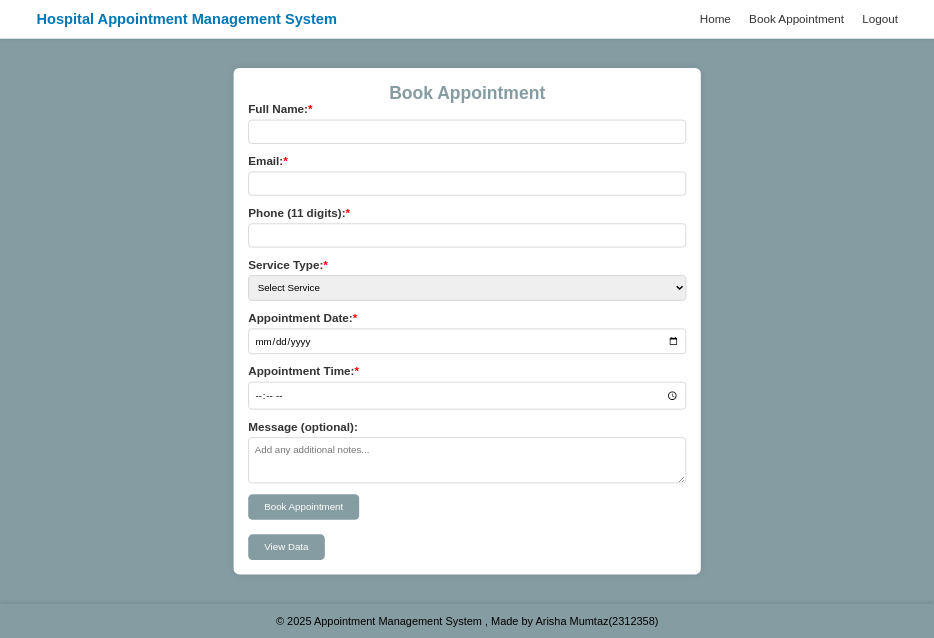
Repository: Arisha004/Hospital-appointment-management-system-
Page: http://localhost/
These files come from the project's save history. The page is drawn as it stood at one moment and after the next save; the edit follows.
The browser window is 1280 px wide. The pictures show the whole page, at 73% of full size.
The page is run by PHP 8.4 with error messages shown; the project is at /var/www/html/.

Above is the page before, as saved 2025-11-16 15:24:58.

### index.php
<html>
<head>
<title>Book Appointment</title>
<link rel="stylesheet" href="style2.css">

</head>
<body>
 <header class="navbar">
    <div class="logo">Hospital Appointment Management System</div>
    <nav>
      <ul>
        <li><a href="landingpage.html">Home</a></li>
          <li><a href="index.php">Book Appointment</a></li>

          <li><a href="signup.php">Logout</a></li>
      </ul>
    </nav>
  </header>


<div class="container1">
  <h2>Book Appointment</h2>
  <form  action="insertappointmentform.php" method="POST">

    <label>Full Name:<span>*</span></label>
    <input type="text" name="full_name" required pattern="^[A-Za-z]{3,}( [A-Za-z]+)?$"  minlength="3"
       title="Name should contain only letters.">


    <label>Email:<span>*</span></label>
    <input type="email"
   name="email" required title="enter a valid email address">

    <label>Phone (11 digits):<span>*</span></label>
    <input type="number" name="phone" required pattern="[0-9]{11}" title="Phone number must be exactly 11 digits." maxlength="11">

    <label>Service Type:<span>*</span></label>
    <select name="service_type" required>
      <option value=""> Select Service </option>
      <option value="Consultation">Consultation</option>
      <option value="Follow-up">Follow-up</option>
      <option value="Check-up">Check-up</option>
      <option value="Emergency">Emergency</option>
    </select>

    <label>Appointment Date:<span>*</span></label>
    <input type="date" name="appointment_date" required min="<?php echo date('Y-m-d'); ?>">

    <label>Appointment Time:<span>*</span></label>
    <input type="time" name="appointment_time" required>




      <!-- <label>Gender:<span>*</span></label>
    <select name="gender" required>
      <option value=""> Select Gender </option>
      <option value="Male">Male</option>
      <option value="Female">Female</option>
      <option value="Other">Other</option>
    </select> -->

    <label>Message (optional):</label>
    <textarea name="message"  rows="3"  placeholder="Add any additional notes..."></textarea>

    <input type="hidden" name="created_at" value="<?php echo date('Y-m-d H:i:s'); ?>">

    <button type="submit" name="submit"> Book Appointment </button>
  </form>


<div style="margin-top:20px;">
    <form action="list.php" method="get">
    <button type="submit">View Data</button>
    </form>
</div>
</div>

    <footer>
    <p>© 2025 Appointment Management System , Made by Arisha Mumtaz(2312358)</p>
  </footer>
</div>
</body>
</html>

### style2.css
  /* Reset and fonts */
* {
  margin: 0;
  padding: 0;
  box-sizing: border-box;
  font-family: 'Poppins', sans-serif;
}
  input[type='radio'] {
    width: 18px;
    height: 18px;
    accent-color: #2196F3;
    margin-right: 8px;
    cursor: pointer;
  }
  label {
    font-family: Arial, sans-serif;
    font-size: 16px;
    margin-right: 15px;
    cursor: pointer;
  }
body {
  background: #869CA3;
  color: #333;
}
  .container1 { width: 50%; margin: 40px auto; background: #fff; padding: 20px; border-radius: 8px; box-shadow: 0 0 10px rgba(0,0,0,0.1); }
  h2 { text-align: center; color: #869CA3; }
  label { font-weight: bold; display: block; margin-bottom: 5px; }
  input, select, textarea {
      width: 100%;
      padding: 8px;
      margin-bottom: 15px;
      border: 1px solid #ccc;
      border-radius: 5px;
  }
 /* Footer */
footer {
  text-align: center;
  padding: 15px;
  background-color:#869CA3;
        color: black;
  box-shadow: 0 -2px 5px rgba(0,0,0,0.1);
  font-size: 15px;

}
label span {
  color: red;
}

/* Navbar */
.navbar {
  display: flex;
  justify-content: space-between;
  align-items: center;
  padding: 15px 50px;
  background: #fff;
  box-shadow: 0 2px 5px rgba(0,0,0,0.1);
  position: sticky;
  top: 0;
  z-index: 10;
}

.navbar .logo {
  font-weight: 700;
    font-size: 20px;
  color: #0077b6;
}

.navbar ul {
  display: flex;
  list-style: none;
}

.navbar ul li a {
  text-decoration: none;
  color: #333;
  margin-left: 25px;
  transition: 0.3s;
}

.navbar ul li a:hover {
  color: #0077b6;
}

  button{

  display: inline-block;
  background-color: #869CA3;
  color: #fff;
  padding: 10px 22px;
  border: none;
  border-radius: 6px;
  cursor: pointer;
  font-weight: 500;

  transition: 0.3s;
   text-align: center;
}

button:hover {
  background-color: #7498a3;
  transform: translateY(-2px);
}

  input[type=submit] {
      background-color: #007bff;
      color: white;
      border: none;
      padding: 10px 15px;
      cursor: pointer;
      border-radius: 5px;
  }
  input[type=submit]:hover {
      background-color: #0056b3;
  }
  select[name="status"] {
    background-color: #f8f9fa;
    color: #495057;
    padding: 8px;
    margin-bottom: 15px;
    border: 1px solid #ced4da;
    border-radius: 5px;
    width: 100%;
}

select[name="status"] option[value="Pending"] { color: #ffc107; }
select[name="status"] option[value="Confirmed"] { color: #28a745; }
select[name="status"] option[value="Cancelled"] { color: #dc3545; }
select[name="status"] option[value="Completed"] { color: #17a2b8; }

After the next save:
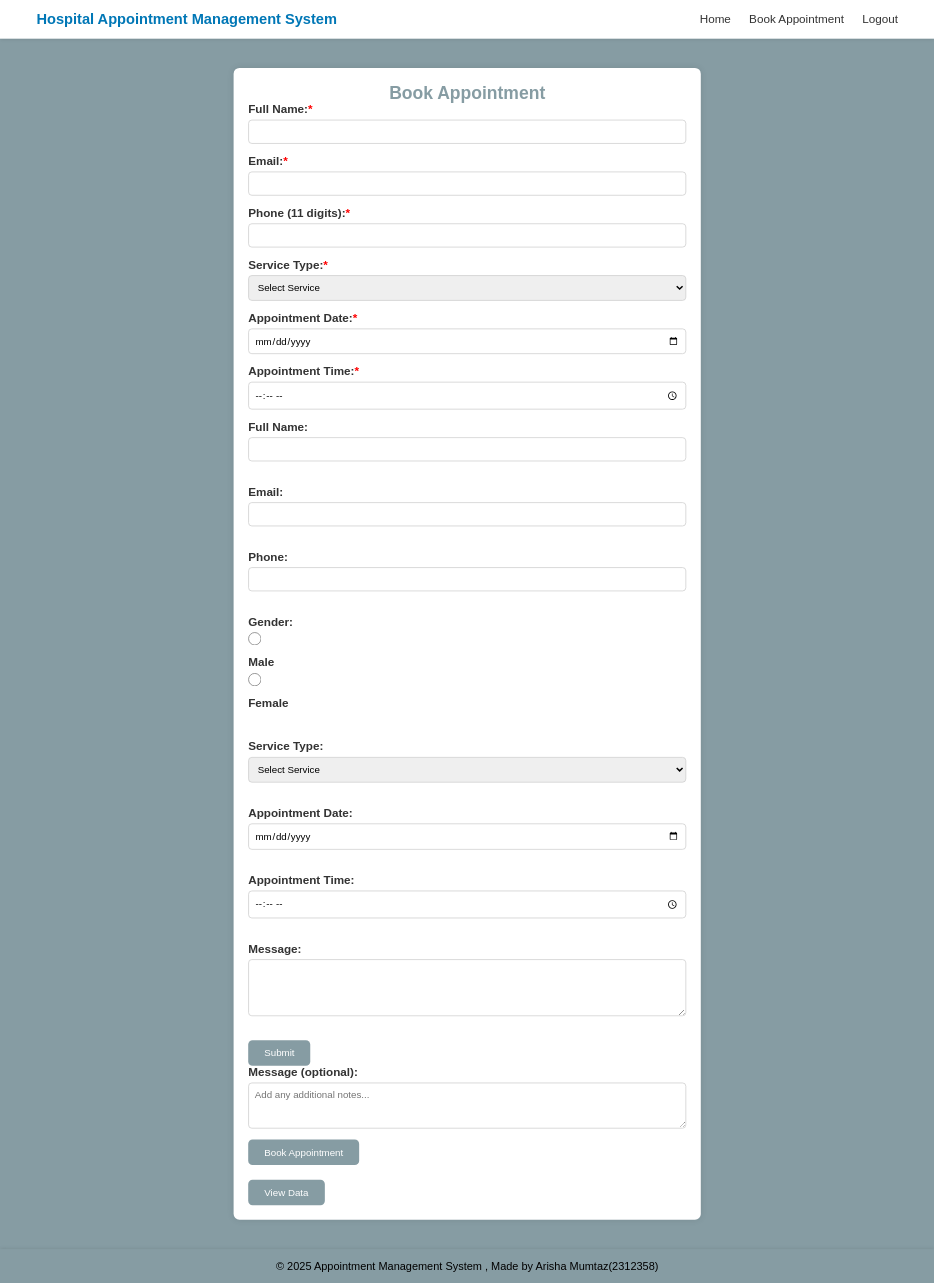
Saved 25 s later.
--- a/index.php
+++ b/index.php
@@ -50,7 +50,39 @@
     <input type="time" name="appointment_time" required>
 
 
-
+    <form action="" method="POST">
+      <label for="full_name">Full Name:</label>
+      <input type="text" id="full_name" name="full_name" required>
+      <br><br>
+      <label for="email">Email:</label>
+      <input type="email" id="email" name="email" required>
+      <br><br>
+      <label for="phone">Phone:</label>
+      <input type="text" id="phone" name="phone" required>
+      <br><br>
+      <label>Gender:</label>
+      <input type="radio" id="male" name="gender" value="Male"> <label for="male">Male</label>
+      <input type="radio" id="female" name="gender" value="Female"> <label for="female">Female</label>
+      <br><br>
+      <label for="service_type">Service Type:</label>
+      <select id="service_type" name="service_type" required>
+        <option value="">Select Service</option>
+        <option value="Haircut">Haircut</option>
+        <option value="Facial">Facial</option>
+        <option value="Massage">Massage</option>
+      </select>
+      <br><br>
+      <label for="appointment_date">Appointment Date:</label>
+      <input type="date" id="appointment_date" name="appointment_date" required>
+      <br><br>
+      <label for="appointment_time">Appointment Time:</label>
+      <input type="time" id="appointment_time" name="appointment_time" required>
+      <br><br>
+      <label for="message">Message:</label>
+      <textarea id="message" name="message" rows="4" cols="40"></textarea>
+      <br><br>
+      <button type="submit">Submit</button>
+    </form>
 
       <!-- <label>Gender:<span>*</span></label>
     <select name="gender" required>

After the 2 saves that followed:
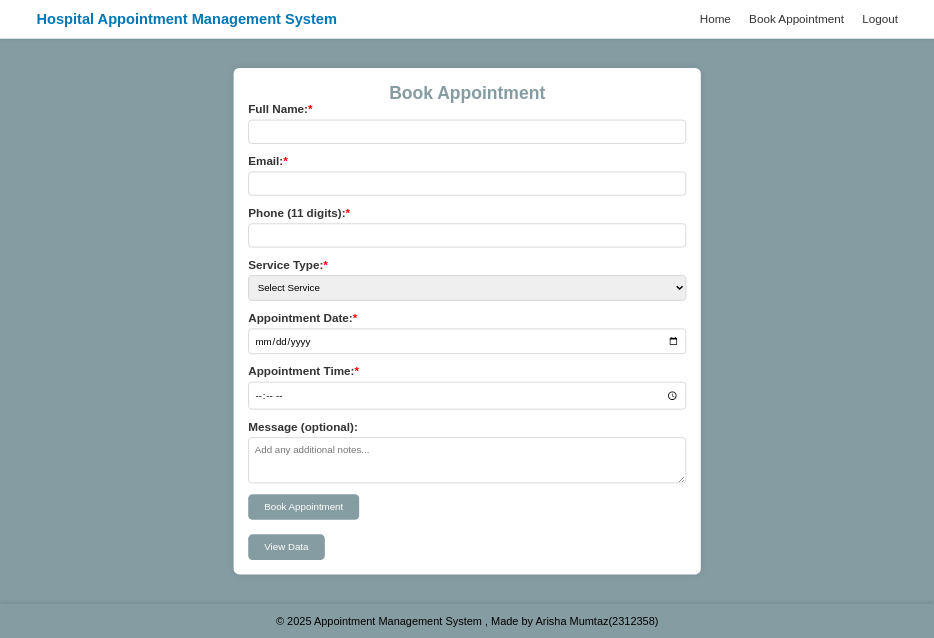
The 2 saves are shown as one change because they came seconds apart.
The last was saved 9 s later.
--- a/index.php
+++ b/index.php
@@ -50,39 +50,7 @@
     <input type="time" name="appointment_time" required>
 
 
-    <form action="" method="POST">
-      <label for="full_name">Full Name:</label>
-      <input type="text" id="full_name" name="full_name" required>
-      <br><br>
-      <label for="email">Email:</label>
-      <input type="email" id="email" name="email" required>
-      <br><br>
-      <label for="phone">Phone:</label>
-      <input type="text" id="phone" name="phone" required>
-      <br><br>
-      <label>Gender:</label>
-      <input type="radio" id="male" name="gender" value="Male"> <label for="male">Male</label>
-      <input type="radio" id="female" name="gender" value="Female"> <label for="female">Female</label>
-      <br><br>
-      <label for="service_type">Service Type:</label>
-      <select id="service_type" name="service_type" required>
-        <option value="">Select Service</option>
-        <option value="Haircut">Haircut</option>
-        <option value="Facial">Facial</option>
-        <option value="Massage">Massage</option>
-      </select>
-      <br><br>
-      <label for="appointment_date">Appointment Date:</label>
-      <input type="date" id="appointment_date" name="appointment_date" required>
-      <br><br>
-      <label for="appointment_time">Appointment Time:</label>
-      <input type="time" id="appointment_time" name="appointment_time" required>
-      <br><br>
-      <label for="message">Message:</label>
-      <textarea id="message" name="message" rows="4" cols="40"></textarea>
-      <br><br>
-      <button type="submit">Submit</button>
-    </form>
+
 
       <!-- <label>Gender:<span>*</span></label>
     <select name="gender" required>
